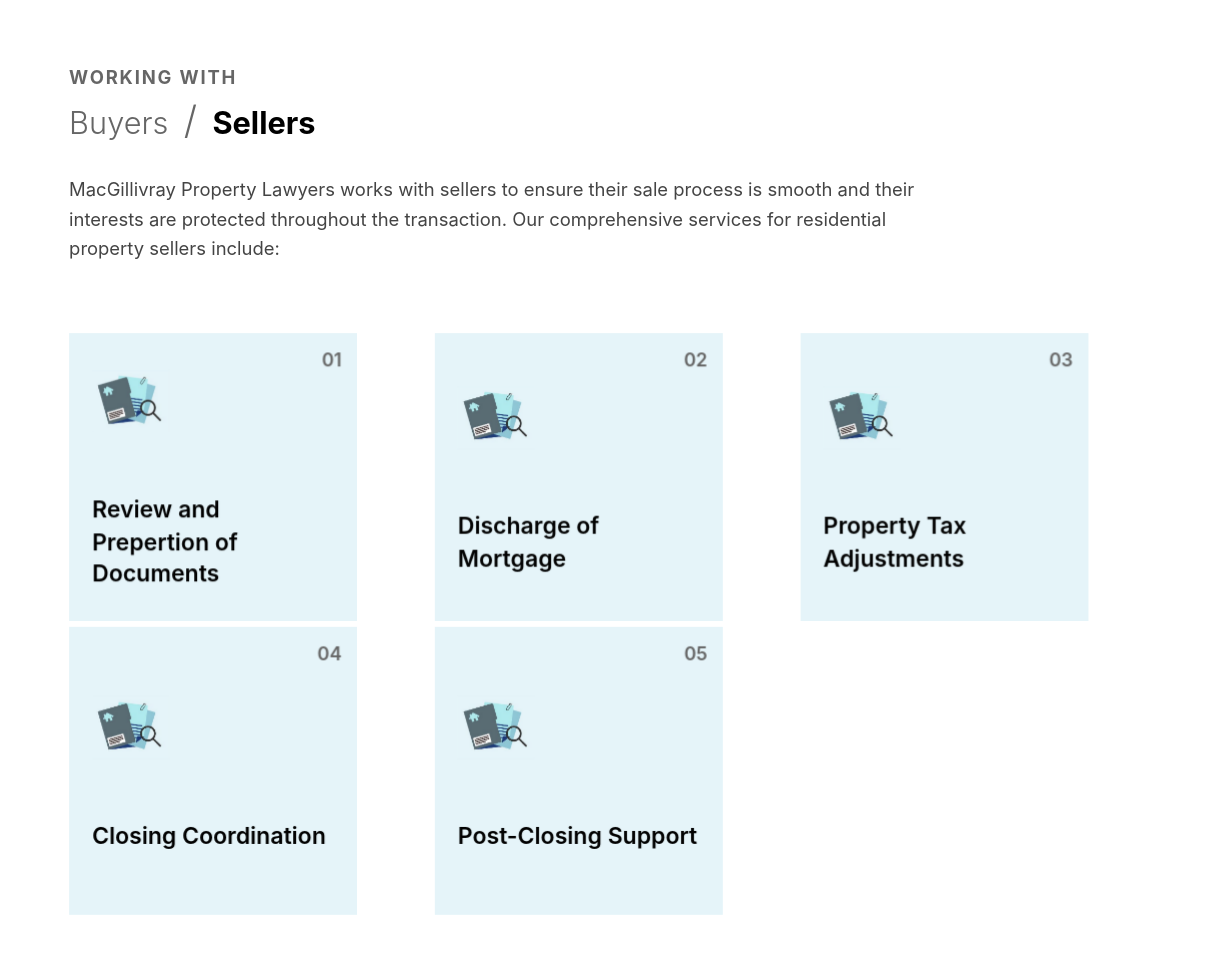
Repository: mibma/alphavent
Page: /sellers
An editor plug-in stored every save of this project. The page is shown before and after the next save, followed by the edit.
The browser window is 1280 px wide. The pictures show the whole page, at 96% of full size.
The project was rebuilt for these pictures with package versions that can differ from the ones it lists, and the page was loaded fresh each time. The framework's server and built-in components were replaced by stand-ins that run in the browser.

Above is the page before, as saved 2025-04-24 18:29:26.

### pages/_app.js
import '../styles/globals.css'

function MyApp({ Component, pageProps }) {
  return <Component {...pageProps} />
}

export default MyApp

### pages/sellers.js
import styles from '../styles/Home.module.css';
import Head from 'next/head';
import Link from 'next/link';
import Image from 'next/image';
import { useRouter } from 'next/router';
import { useState } from 'react';

const sellerServices = [
  {
    id: '01',
    title: 'Review and Prepertion of Documents',
    icon: '/Capture.JPG'
  },
  {
    id: '02',
    title: 'Discharge of Mortgage',
    icon: '/Capture.JPG'
  },
  {
    id: '03',
    title: 'Property Tax Adjustments',
    icon: '/Capture.JPG'
  },
  {
    id: '04',
    title: 'Closing Coordination',
    icon: '/Capture.JPG'
  },
  {
    id: '05',
    title: 'Post-Closing Support',
    icon: '/Capture.JPG'
  }
];

export default function SellerPage() {
  const router = useRouter();
  const [isTransitioning, setIsTransitioning] = useState(false);

  const handleBuyerClick = (e) => {
    e.preventDefault();
    setIsTransitioning(true);
    setTimeout(() => {
      router.push('/');
    }, 300);
  };

  return (
    <div className={styles.container}>
      <Head>
        <title>Working with Sellers | MacGillivray Property Lawyers</title>
        <meta name="description" content="Professional property law services for sellers" />
      </Head>

      <main className={styles.main}>
        <div className={styles.header}>
          <h1 className={styles.title}>
            <span className={styles.mainTitle}>WORKING WITH</span>
            <div className={styles.titleRow}>
              <Link
                href="/"
                className={styles.smallTitle}
                onClick={handleBuyerClick}
              >
                Buyers
              </Link>
              <span className={styles.divider}>/</span>
              <span className={`${styles.largeTitle} ${isTransitioning ? styles.exitToRight : ''}`}>
                Sellers
              </span>
            </div>
          </h1>

          <p className={styles.description}>
            MacGillivray Property Lawyers works with sellers to ensure their sale process is smooth and their interests are protected throughout the transaction. Our comprehensive services for residential property sellers include:
          </p>
        </div>

        <div className={styles.servicesGrid}>
          {sellerServices.map((service) => (
            <div key={service.id} className={styles.serviceCard}>
              <div className={styles.serviceContent}>
                <div className={styles.iconContainer}>
                  <Image
                    src={service.icon}
                    alt={service.title}
                    fill
                    className={styles.icon}
                  />
                </div>
                <h3 className={styles.serviceTitle}>{service.title}</h3>
              </div>
              <div className={styles.serviceNumber}>{service.id}</div>
            </div>
          ))}
        </div>
      </main>
    </div>
  );
}

### styles/globals.css
html,
body {
  padding: 0;
  margin: 0;
  font-family: -apple-system, BlinkMacSystemFont, Segoe UI, Roboto, Oxygen,
    Ubuntu, Cantarell, Fira Sans, Droid Sans, Helvetica Neue, sans-serif;
}

a {
  color: inherit;
  text-decoration: none;
}

* {
  box-sizing: border-box;
}

### styles/Home.module.css
.container {
  max-width: 1200px;
  margin: 0 auto;
  padding: 2rem;
  overflow-x: hidden;
}

.nav {
  display: flex;
  justify-content: flex-end;
  padding: 1rem 0;
}

.navLink {
  color: #0070f3;
  text-decoration: none;
  font-size: 1.1rem;
  transition: color 0.3s ease;
}

.navLink:hover {
  color: #0051b3;
}

.main {
  min-height: 100vh;
  padding: 1rem 0;
}

.header {
  margin-bottom: 4rem;
  position: relative;
}

.title {
  margin-bottom: 2rem;
}

.mainTitle {
  display: block;
  font-size: 1.2rem;
  color: #666;
  margin-bottom: 0.5rem;
  letter-spacing: 0.1em;
  opacity: 0;
  animation: fadeInDown 0.5s ease forwards;
}

.titleRow {
  display: flex;
  align-items: baseline;
  gap: 1rem;
  position: relative;
}

.titleWrapper {
  display: flex;
  align-items: baseline;
  gap: 1rem;
}

.largeTitle {
  font-weight: 700;
  color: #000;
  transition: font-size 0.6s ease;
  cursor: pointer;
}

.titleButton {
  background: none;
  border: none;
  cursor: pointer;
  padding: 0;
  font-size: 2.5rem;
  color: #666;
  font-weight: 300;
  transition: all 0.3s ease;
}

.titleButton:hover {
  color: #000;
}

.titleExit {
  animation: none;
}

.cardFlip {
  animation: flipCard 0.6s ease forwards;
}

.fadeOut {
  opacity: 0;
  transition: opacity 0.3s ease;
}

.fadeIn {
  opacity: 1;
  transition: opacity 0.3s ease;
}

.divider {
  font-size: 2.5rem;
  color: #666;
  font-weight: 300;
}

.smallTitle {
  font-weight: 300;
  color: #666;
  transition: all 0.6s ease;
  cursor: pointer;
}

.description {
  font-size: 1.2rem;
  line-height: 1.6;
  color: #444;
  max-width: 900px;
  margin-bottom: 3rem;
  opacity: 0;
  animation: fadeIn 0.5s ease 0.5s forwards;
}

.servicesGrid {
  display: grid;
  grid-template-columns: repeat(auto-fit, minmax(280px, 1fr));
  gap: 0.4rem;
  padding: 0.5rem 0;
}

.serviceCard {
  background-color: #E5F4F9;
  /* border-radius: 12px; */
  /* padding: 1.5rem 2rem; */
  padding: 0rem 1.5rem;
  position: relative;
  min-height: 300px;
  width: 100%;
  max-width: 300px;
  display: flex;
  flex-direction: column;
  justify-content: center;
  transform-style: preserve-3d;
  perspective: 1000px;
  opacity: 0;
  animation: fadeInUp 0.5s ease forwards;
  transition: transform 0.6s ease;
}

.serviceCard:nth-child(1) { animation-delay: 0.6s; }
.serviceCard:nth-child(2) { animation-delay: 0.7s; }
.serviceCard:nth-child(3) { animation-delay: 0.8s; }
.serviceCard:nth-child(4) { animation-delay: 0.9s; }
.serviceCard:nth-child(5) { animation-delay: 1.0s; }

.serviceCard:hover {
  transform: translateY(-5px);
  box-shadow: 0 10px 20px rgba(0, 0, 0, 0.05);
}

.serviceContent {
  flex: 1;
  display: flex;
  flex-direction: column;
  justify-content: center;
  transform-style: preserve-3d;
  backface-visibility: hidden;
  gap: 1.5rem;
}

.serviceContentFront, .serviceContentBack {
  position: absolute;
  width: 100%;
  height: 100%;
  backface-visibility: hidden;
  display: flex;
  flex-direction: column;
  justify-content: center;
}

.serviceContentBack {
  transform: rotateY(180deg);
}

.iconContainer {
  width: 80px;
  height: 80px;
  position: relative;
  margin-bottom: 2rem;
}

.icon {
  object-fit: contain;
  width: 100%;
  height: 100%;
}

.serviceTitle {
  font-size: 1.5rem;
  font-weight: 600;
  margin: 0;
  line-height: 1.4;
}

.serviceNumber {
  position: absolute;
  top: 1rem;
  right: 1rem;
  font-size: 1.2rem;
  font-weight: 600;
  color: #666;
}

.serviceDescription {
  color: #718096;
  line-height: 1.5;
}

@keyframes fadeInUp {
  from {
    opacity: 0;
    transform: translateY(20px);
  }
  to {
    opacity: 1;
    transform: translateY(0);
  }
}

@keyframes fadeInDown {
  from {
    opacity: 0;
    transform: translateY(-20px);
  }
  to {
    opacity: 1;
    transform: translateY(0);
  }
}

@keyframes fadeIn {
  from {
    opacity: 0;
  }
  to {
    opacity: 1;
  }
}

@keyframes slideInRight {
  from {
    opacity: 0;
    transform: translateX(-100%);
  }
  to {
    opacity: 1;
    transform: translateX(0);
  }
}

@keyframes slideOutRight {
  from {
    opacity: 1;
    transform: translateX(0);
  }
  to {
    opacity: 0;
    transform: translateX(100%);
  }
}

/* Add a class for exit animation */
.exitToRight {
  animation: slideOutRight 0.6s ease forwards;
}

.enterFromRight {
  animation: slideInRight 0.6s ease forwards;
}

@media (max-width: 768px) {
  .container {
    padding: 1rem;
  }

  .titleRow {
    flex-direction: column;
    gap: 0.5rem;
  }

  .divider {
    display: none;
  }

  .smallTitle {
    font-size: 2rem;
  }

  .servicesGrid {
    grid-template-columns: 1fr;
  }

  .serviceCard {
    min-height: 150px;
  }

  .serviceTitle {
    font-size: 1.75rem;
  }
}

@keyframes flipCard {
  0% {
    transform: perspective(1000px) rotateY(0deg);
  }
  50% {
    transform: perspective(1000px) rotateY(90deg);
  }
  100% {
    transform: perspective(1000px) rotateY(0deg);
  }
}

.flipCard {
  animation: flipCard 0.6s ease forwards;
}

After the next save:
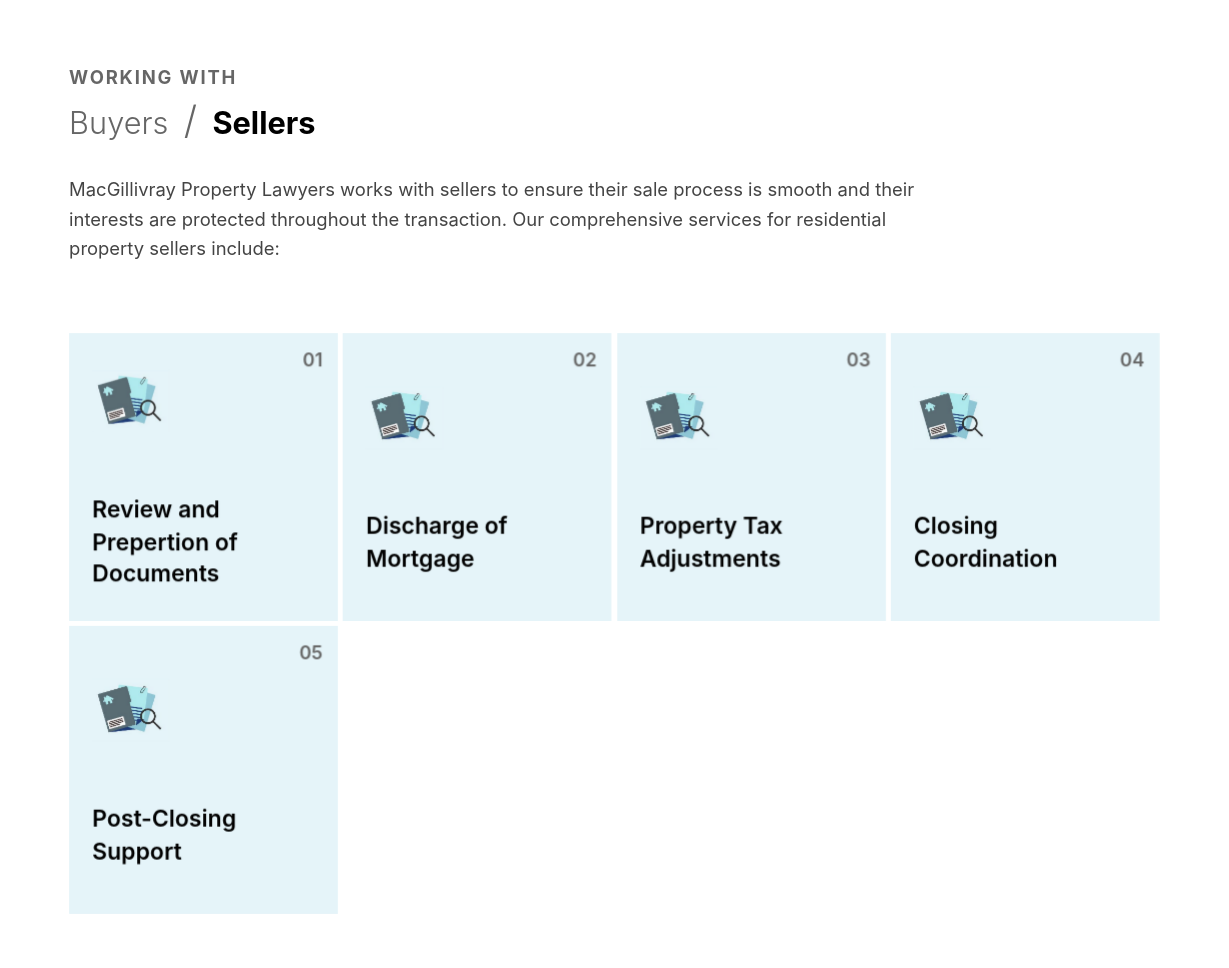
Saved 5 s later.
--- a/styles/Home.module.css
+++ b/styles/Home.module.css
@@ -125,7 +125,7 @@
 .servicesGrid {
   display: grid;
   grid-template-columns: repeat(auto-fit, minmax(280px, 1fr));
-  gap: 0.4rem;
+  gap: 0.32rem;
   padding: 0.5rem 0;
 }
 

After the save that followed:
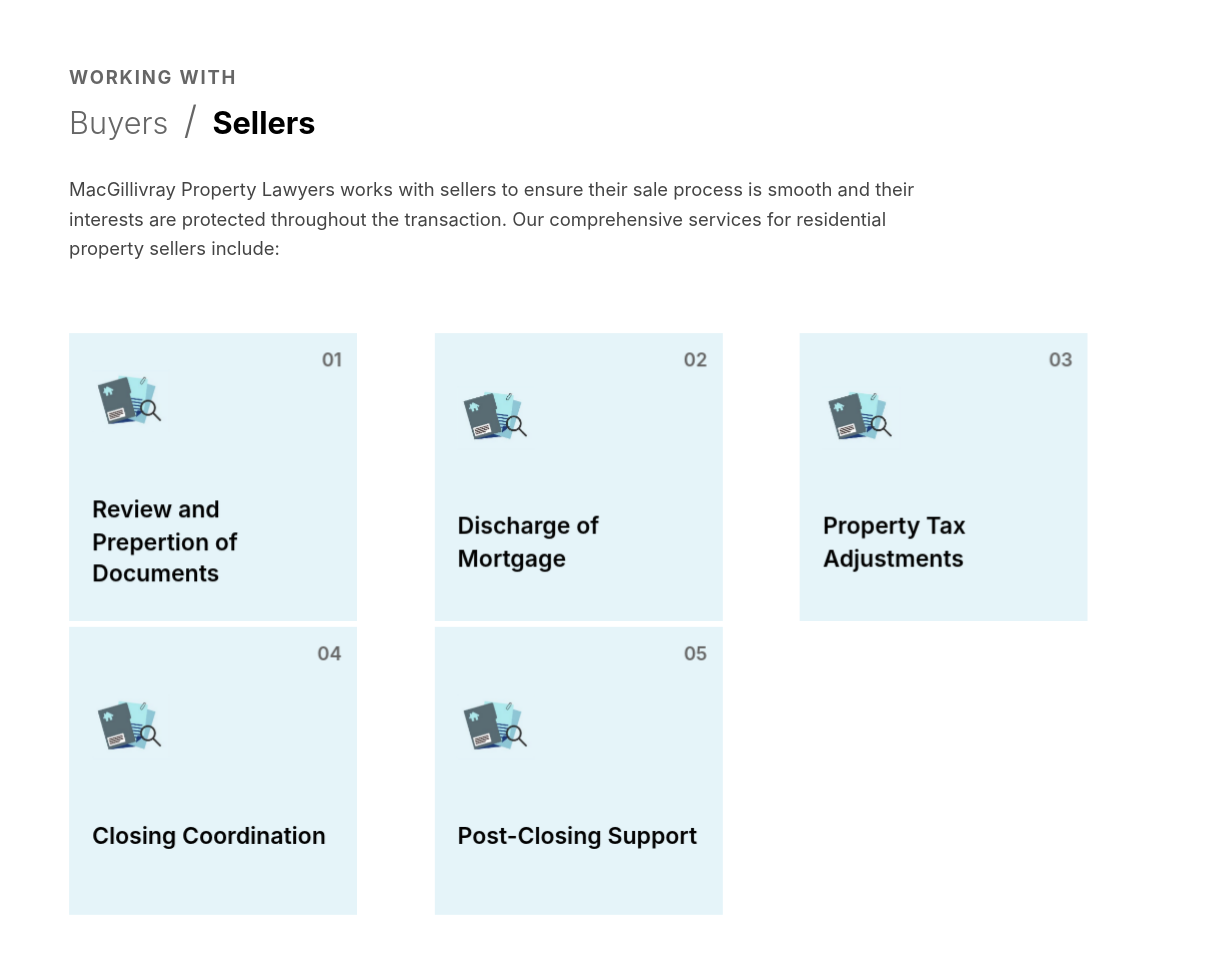
Saved 9 s later.
--- a/styles/Home.module.css
+++ b/styles/Home.module.css
@@ -125,7 +125,7 @@
 .servicesGrid {
   display: grid;
   grid-template-columns: repeat(auto-fit, minmax(280px, 1fr));
-  gap: 0.32rem;
+  gap: 0.37rem;
   padding: 0.5rem 0;
 }
 
